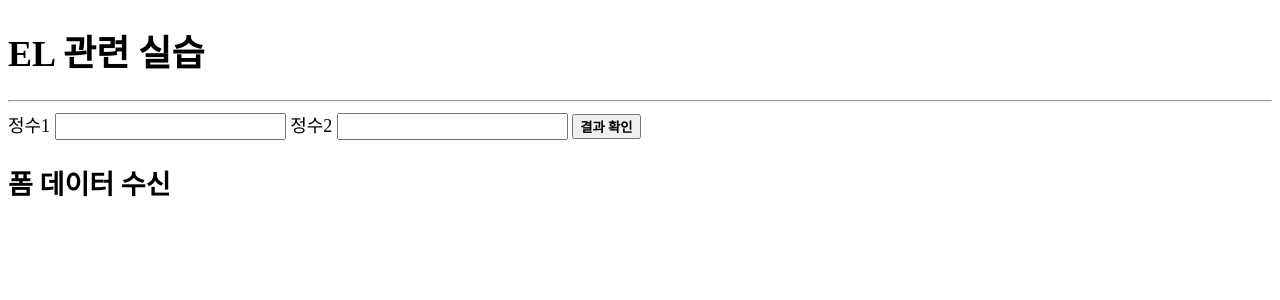
Repository: onpul/Web
Page: http://localhost/WebApp22/Test3.jsp
These files come from the project's save history. The page is drawn as it stood at one moment and after the next save; the edit follows.
The browser window is 1280 px wide. The pictures show the whole page.
The page is served by Tomcat 9.

Above is the page before, as saved 2022-04-29 00:40:25.

After the next save:
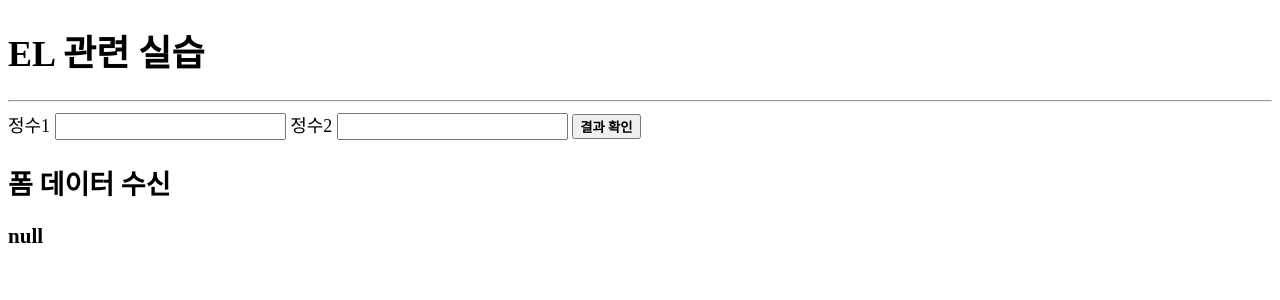
Saved 37 s later.
--- a/WebApp22/WebContent/Test3.jsp
+++ b/WebApp22/WebContent/Test3.jsp
@@ -30,6 +30,9 @@
 <div>
 	<h2>폼 데이터 수신</h2>
 
+	<!-- 폼의 데이터를 수신하는 방법 1 -->
+	<h3><%=request.getParameter("su1") %></h3>
+
 </div>
 
 </body>
